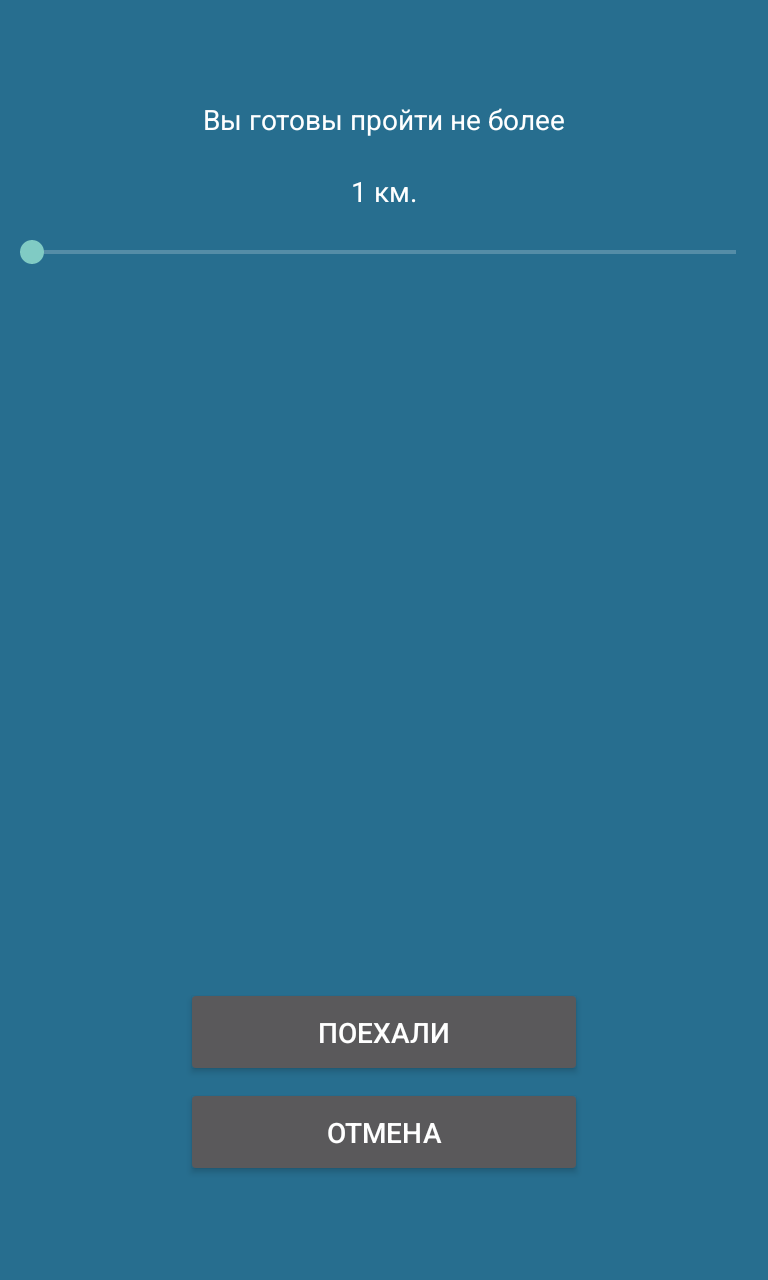
Repository: spacesoldier/MileSharing_old
Layout: MileSharing/res/layout/fragment_pdcontent.xml
An editor plug-in stored every save of this project. The layout is shown before and after the next save, followed by the edit.
It is drawn on a 768 x 1280 px phone screen (xhdpi) without system bars, with theme Theme.AppCompat; the app's code is not run.

Above is the layout before, as saved 2014-05-19 18:13:56.

After the next save:
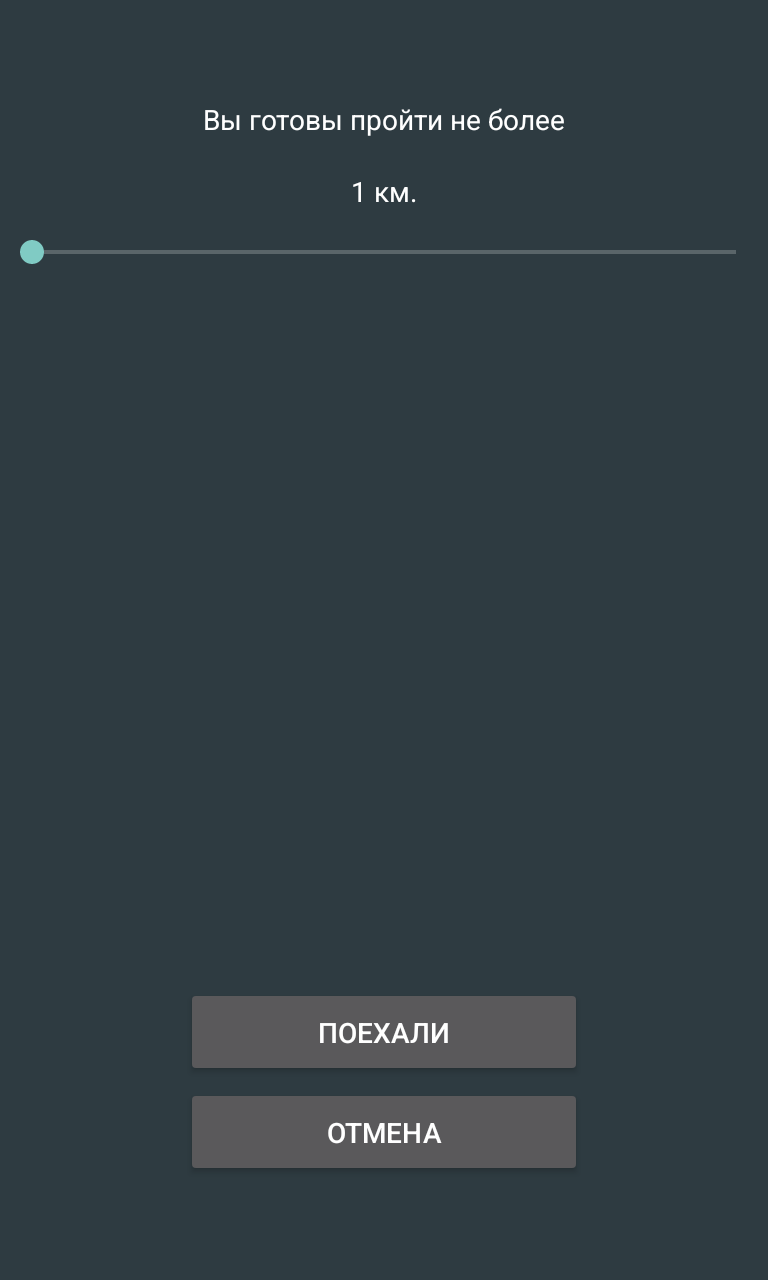
Saved 3 min 6 s later.
--- a/MileSharing/res/values/colors.xml
+++ b/MileSharing/res/values/colors.xml
@@ -1,7 +1,7 @@
 <resources>
 
     <color name="black_overlay">#66000000</color>
-    <color name="blue_transparent">#161eabed</color>
-    <color name="blue_notsotransparent">#801eabed</color>
+    <color name="blue_transparent">#801eabed</color>
+    <color name="blue_notsotransparent">#161eabed</color>
     <color name="white_text_color">#FFFFFF</color>
 </resources>

After the save that followed:
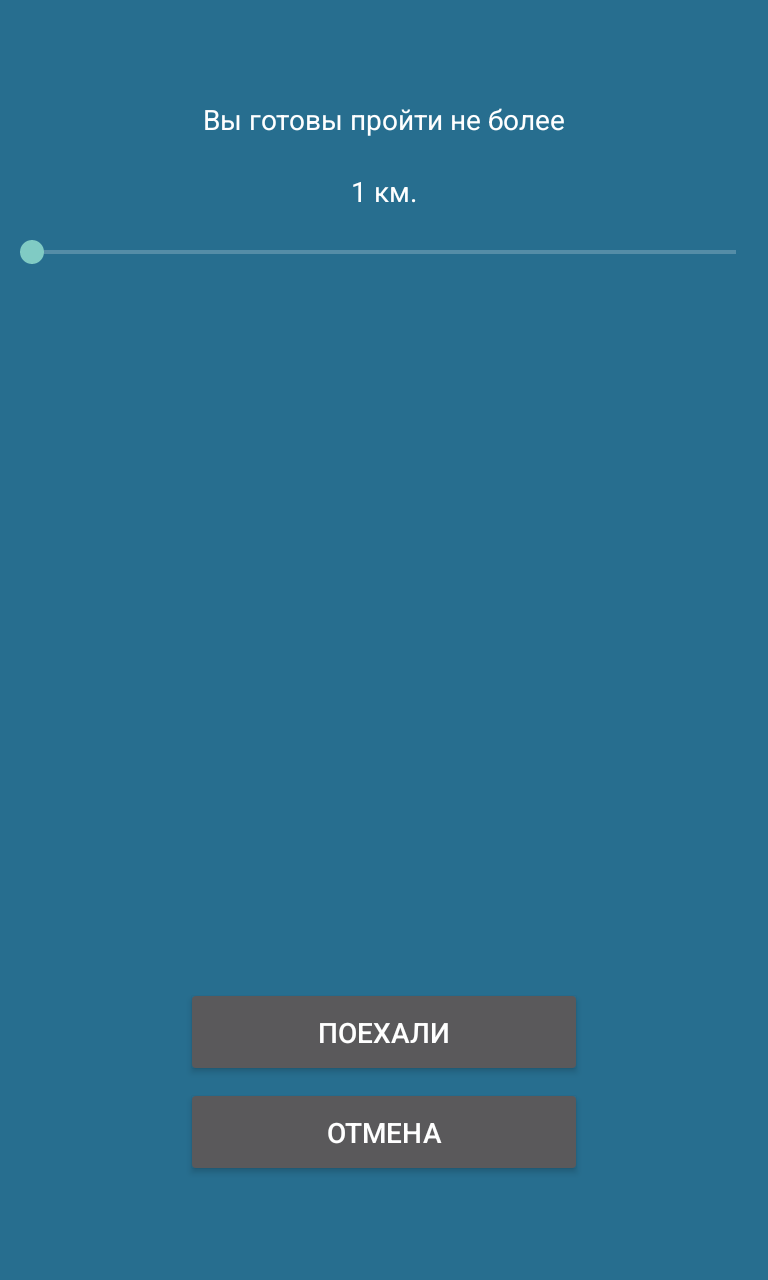
Saved 101 s later.
--- a/MileSharing/res/values/colors.xml
+++ b/MileSharing/res/values/colors.xml
@@ -1,7 +1,7 @@
 <resources>
 
     <color name="black_overlay">#66000000</color>
-    <color name="blue_transparent">#801eabed</color>
-    <color name="blue_notsotransparent">#161eabed</color>
+    <color name="blue_transparent">#161eabed</color>
+    <color name="blue_notsotransparent">#801eabed</color>
     <color name="white_text_color">#FFFFFF</color>
 </resources>
